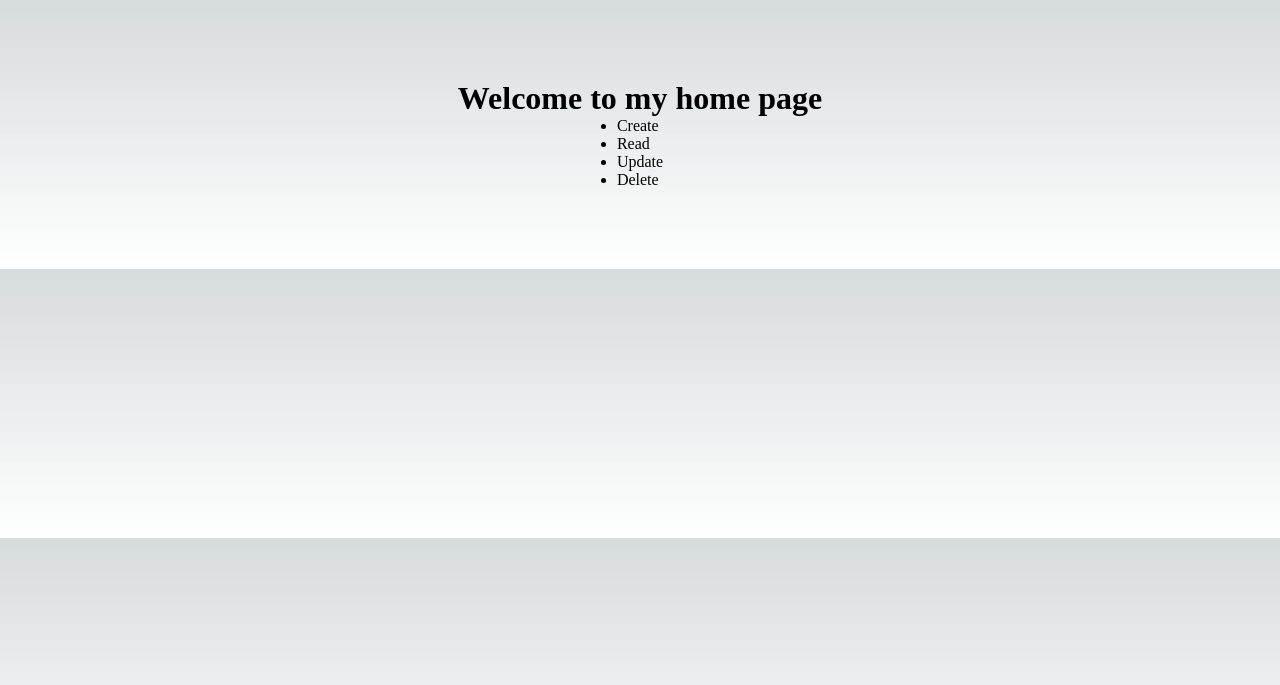
Repository: sierralaurent/MDIA2109-Week04
Page: /
An editor plug-in stored every save of this project. The page is shown before and after a run of saves, followed by the edit.
The browser window is 1280 px wide. The pictures show the whole page.
The project was rebuilt for these pictures with package versions that can differ from the ones it lists, and the page was loaded fresh each time. The framework's server and built-in components were replaced by stand-ins that run in the browser. Also part of the build but not shown: next.config.js.

Above is the page before, as saved 2023-01-23 15:20:07.

### pages/index.js
import Head from 'next/head'
import Image from 'next/image'
import { Inter } from '@next/font/google'
import styles from '../styles/Home.module.css'

const inter = Inter({ subsets: ['latin'] })

export default function Home() {
  return (
    <>
      <Head>
        <title>Example #1</title>
        <meta name="description" content="generated by create next app" />
        <meta name="viewport" content="width=device-width, initial-scale=1" />
        <link rel="icon" href="/favicon.ico" />
      </Head>
      <main className={styles.main}>
        <h1>Welcome to my home page</h1>
        <ul>
          <li>Create</li>
          <li>Read</li>
          <li>Update</li>
          <li>Delete</li>
        </ul>
      </main>
    </>
  )
}

### styles/Home.module.css
.container {
  min-height: 100vh;
  padding: 0 0.5rem;
  display: flex;
  flex-direction: column;
  justify-content: center;
  align-items: center;
}

.main {
  padding: 5rem 0;
  flex: 1;
  display: flex;
  flex-direction: column;
  justify-content: center;
  align-items: center;
}

.footer {
  width: 100%;
  height: 100px;
  border-top: 1px solid #eaeaea;
  display: flex;
  justify-content: center;
  align-items: center;
}

.footer a {
  display: flex;
  justify-content: center;
  align-items: center;
  flex-grow: 1;
}

.title a {
  color: #0070f3;
  text-decoration: none;
}

.title a:hover,
.title a:focus,
.title a:active {
  text-decoration: underline;
}

.title {
  margin: 0;
  line-height: 1.15;
  font-size: 4rem;
}

.title,
.description {
  text-align: center;
}

.description {
  line-height: 1.5;
  font-size: 1.5rem;
}

.code {
  background: #fafafa;
  border-radius: 5px;
  padding: 0.75rem;
  font-size: 1.1rem;
  font-family: Menlo, Monaco, Lucida Console, Liberation Mono, DejaVu Sans Mono,
    Bitstream Vera Sans Mono, Courier New, monospace;
}

.grid {
  display: flex;
  align-items: center;
  justify-content: center;
  flex-wrap: wrap;
  max-width: 800px;
  margin-top: 3rem;
}

.grid__container {
  display: grid;
  grid-template-columns: auto auto auto;
  background-color: #2196F3;
  padding: 10px;
}
.grid__item {
  background-color: rgba(255, 255, 255, 0.8);
  border: 1px solid rgba(0, 0, 0, 0.8);
  padding: 20px;
  font-size: 30px;
  text-align: center;
}

.card {
  margin: 1rem;
  padding: 1.5rem;
  text-align: left;
  color: inherit;
  text-decoration: none;
  border: 1px solid #eaeaea;
  border-radius: 10px;
  transition: color 0.15s ease, border-color 0.15s ease;
  width: 45%;
}

.card:hover,
.card:focus,
.card:active {
  color: #0070f3;
  border-color: #0070f3;
}

.card h2 {
  margin: 0 0 1rem 0;
  font-size: 1.5rem;
}

.card p {
  margin: 0;
  font-size: 1.25rem;
  line-height: 1.5;
}

.logo {
  height: 1em;
  margin-left: 0.5rem;
}

@media (max-width: 600px) {
  .grid {
    width: 100%;
    flex-direction: column;
  }
}

Loaded but not shown: pages/_app.js (common file); pages/_document.js (common file); styles/globals.css (common file)

After the next 2 saves:
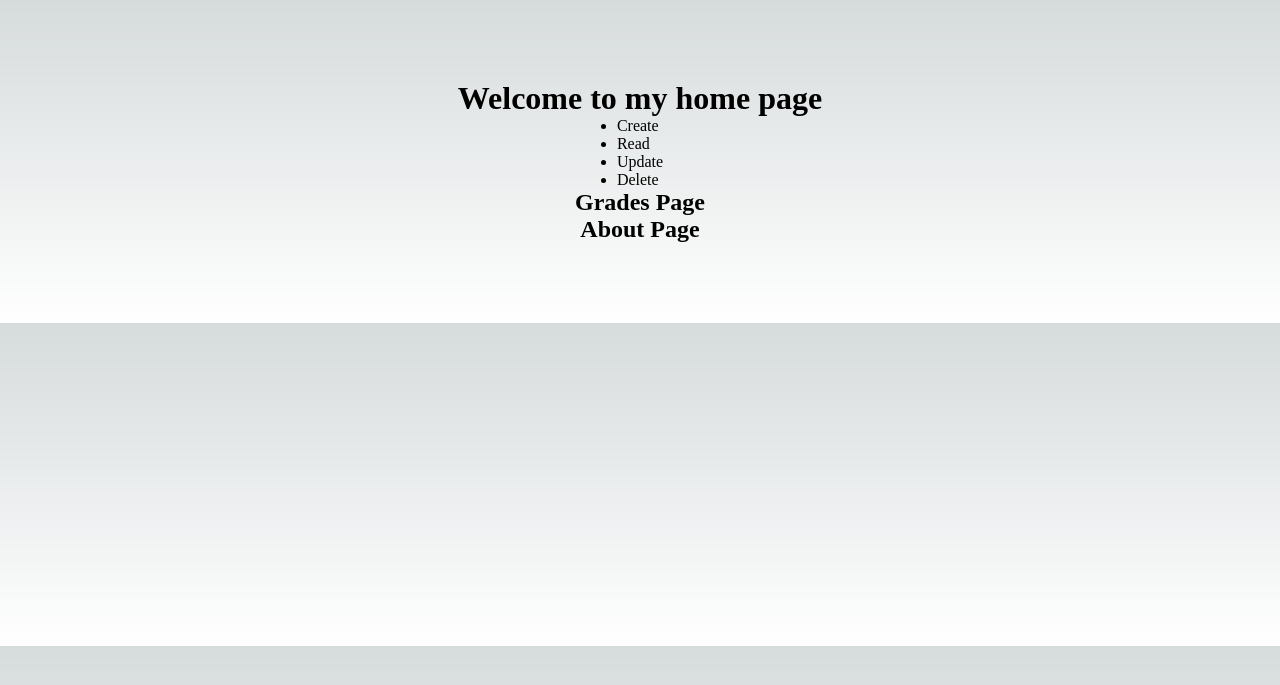
The 2 saves are shown as one change because 1 did not build or start.
The last was saved 111 s later.
--- a/pages/index.js
+++ b/pages/index.js
@@ -2,6 +2,7 @@ import Head from 'next/head'
 import Image from 'next/image'
 import { Inter } from '@next/font/google'
 import styles from '../styles/Home.module.css'
+import Link from 'next/link'
 
 const inter = Inter({ subsets: ['latin'] })
 
@@ -22,6 +23,13 @@ export default function Home() {
           <li>Update</li>
           <li>Delete</li>
         </ul>
+        <Link href="/grades">
+          <h2>Grades Page</h2>
+        </Link>
+
+        <Link href="/about">
+          <h2>About Page</h2>
+        </Link>
       </main>
     </>
   )
